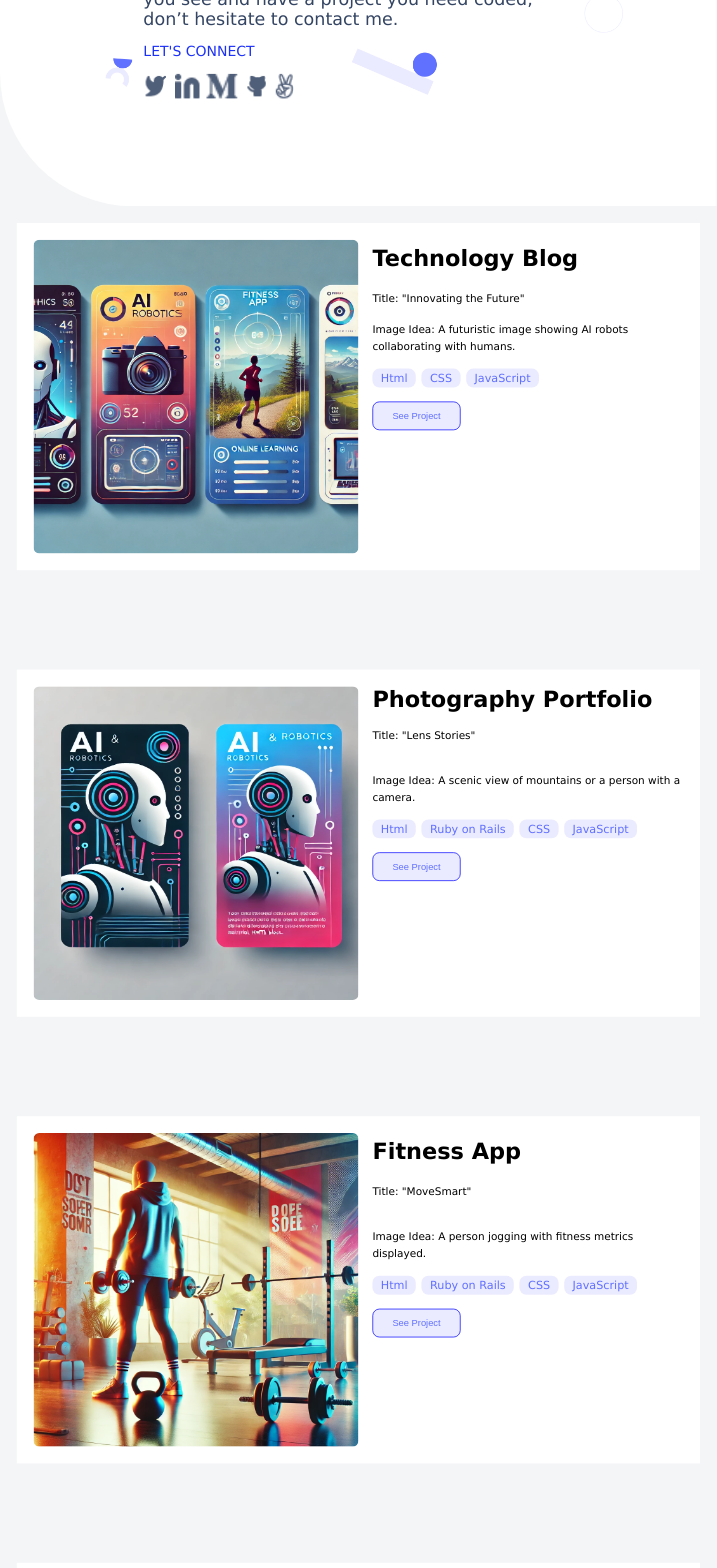
Repository: usman3123/portfolio-template-3
Page: portfolio.html
An editor plug-in stored every save of this project. The page is shown before and after the next save, followed by the edit.
The browser window is 1024 px wide. The pictures show the part of the page from y = 552 to 2792 px (the page is 3304 px tall), at 70% of full size.
Some web libraries are served in a nearby version.

Above is the page before, as saved 2025-01-25 14:44:21.

After the next save:
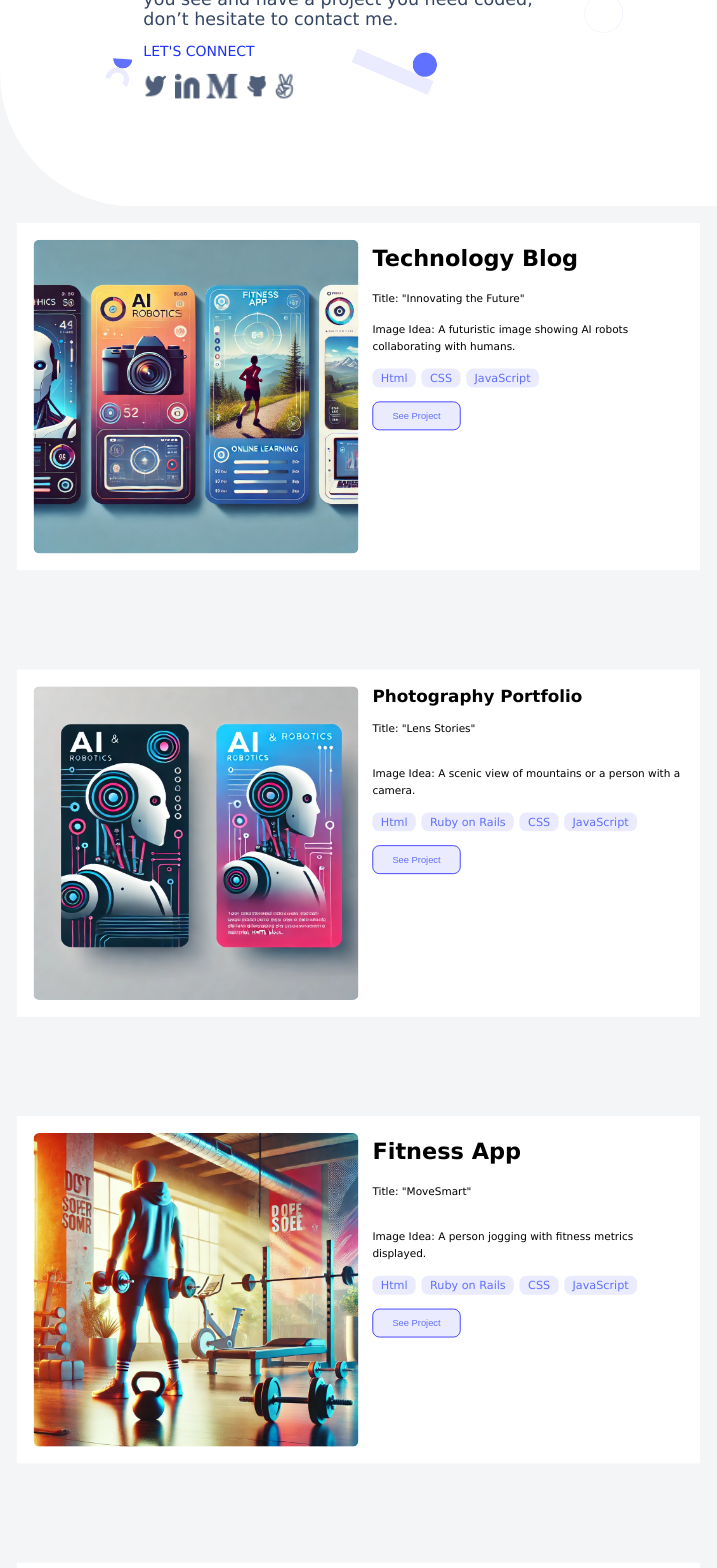
Saved 29 s later.
--- a/style.css
+++ b/style.css
@@ -185,7 +185,7 @@ body {
     .hero-head {
         width: 53%;
     }
-    .card-content > h2 {
+    .card-head {
         font-size: 2rem;
     }
     .content-p {
